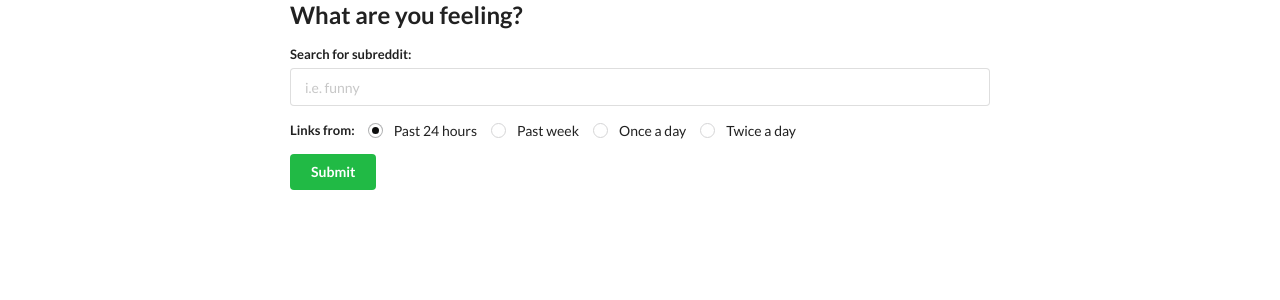
Repository: nikdmello/best-of-reddit-webapp
Page: http://localhost/
The author's editor kept a record of every edit. The page is drawn from the files as they stood at one moment, then again after the next edit.
The browser window is 1280 px wide. The pictures show the whole page.
The page is served by the project's Node server (app.js).

Above is the page before.

After the next edit:
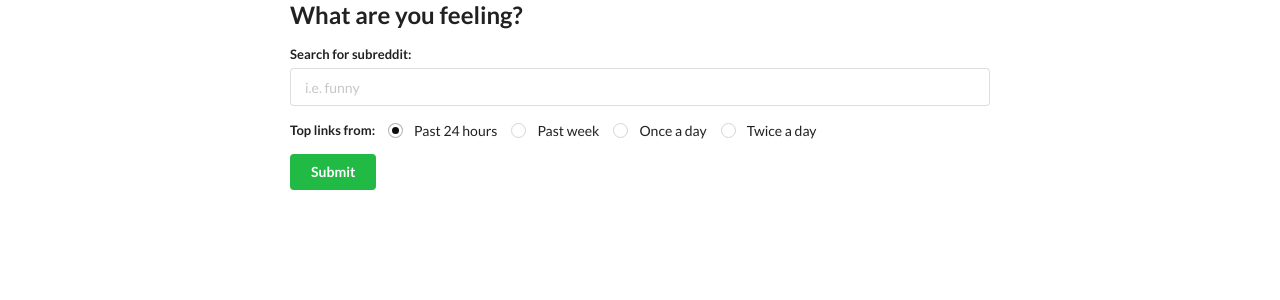
The edit:
--- a/views/search.ejs
+++ b/views/search.ejs
@@ -11,7 +11,7 @@
       </div>
 
       <div class="inline fields">
-    <label>Links from: </label>
+    <label>Top links from: </label>
     <div class="field">
       <div class="ui radio checkbox">
         <input type="radio" name="frequency" checked="checked" value="day">
